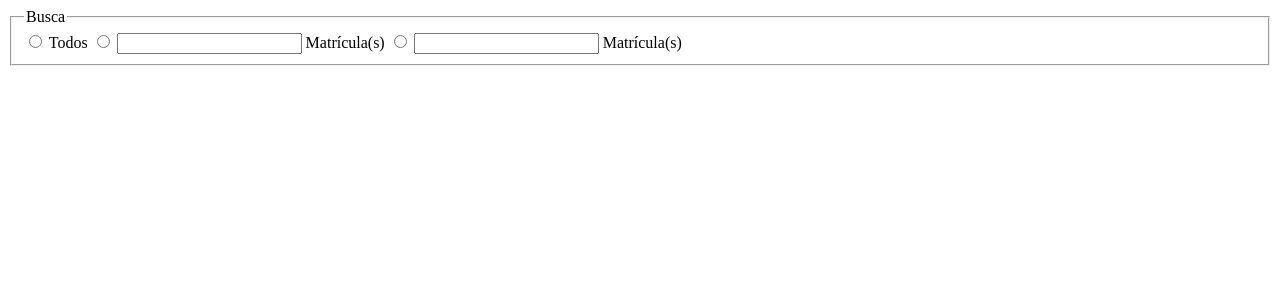
Repository: vandradesa/JavaWeb
Page: javaweb curso/Web2/src/main/webapp/index.html
These files come from the project's save history. The page is drawn as it stood at one moment and after the next save; the edit follows.
The browser window is 1280 px wide. The pictures show the whole page.

Above is the page before, as saved 2023-03-01 22:44:14.

After the next save:
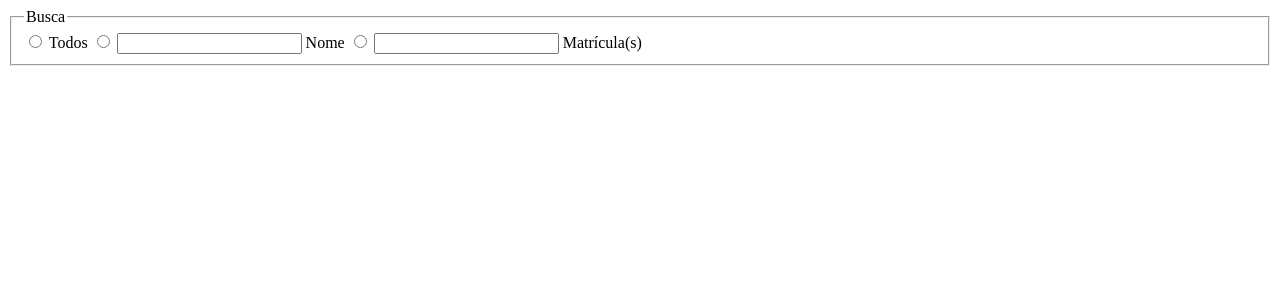
Saved 27 s later.
--- a/javaweb curso/Web2/src/main/webapp/index.html
+++ b/javaweb curso/Web2/src/main/webapp/index.html
@@ -12,9 +12,9 @@
 		<input type="radio" id="todos" name="todos" value="todos"/>
 		<label for="todos" >Todos</label>
 		<input type="radio" id="nomeop" name="nomeop"/> <input type="text" id="nome" name="nome">
-		<label for="todos" >Matrícula(s)</label>
+		<label for="nomeop" >Nome</label>
 		<input type="radio" id="matriculaop" name="matriculaop"/> <input type="text" id="matricula" name="matricula">
-		<label for="todos" >Matrícula(s)</label>
+		<label for="matriculaop" >Matrícula(s)</label>
 
 		</fieldset>
 
